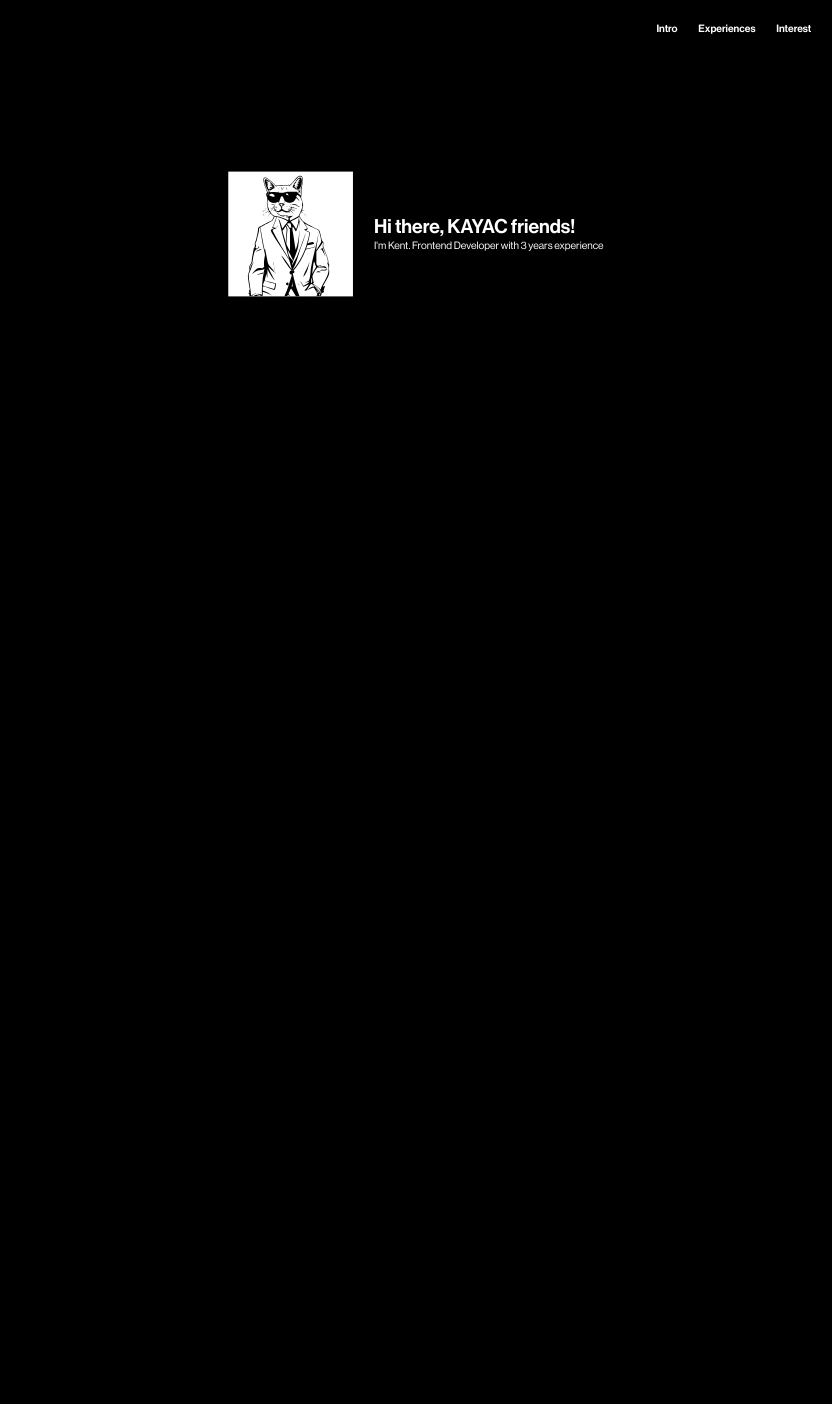
Repository: kentnathaniel/kayac-presentation
Page: /
These files come from the project's save history. The page is drawn as it stood at one moment and after the next save; the edit follows.
The browser window is 1280 px wide. The pictures show the whole page, at 65% of full size.
The project was rebuilt for these pictures with package versions that can differ from the ones it lists, and the page was loaded fresh each time. Also part of the build but not shown: vite.config.ts.

Above is the page before, as saved 2024-09-14 09:23:05.

After the next save:
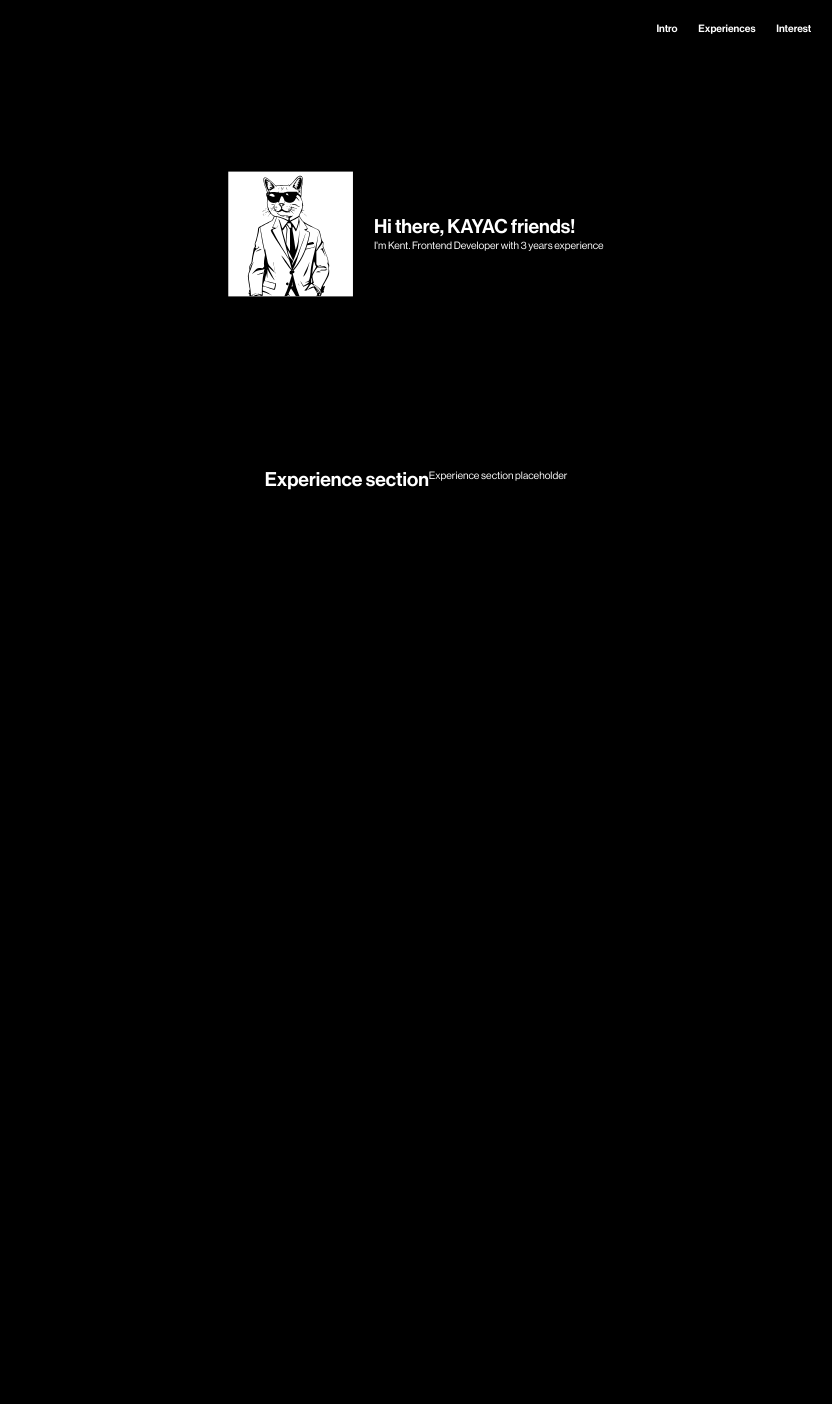
Saved 8 s later.
--- a/src/App.tsx
+++ b/src/App.tsx
@@ -24,8 +24,8 @@
       </div>
 
       <div className="flex justify-center h-screen overflow-x-hidden">
-        {/* <h1 className="text-3xl text-left">Experience section</h1>
-        <p className="font-thin">Experience section placeholder</p> */}
+        <h1 className="text-3xl text-left">Experience section</h1>
+        <p className="font-thin">Experience section placeholder</p>
       </div>
 
       <div className="flex justify-center h-screen overflow-x-hidden">
